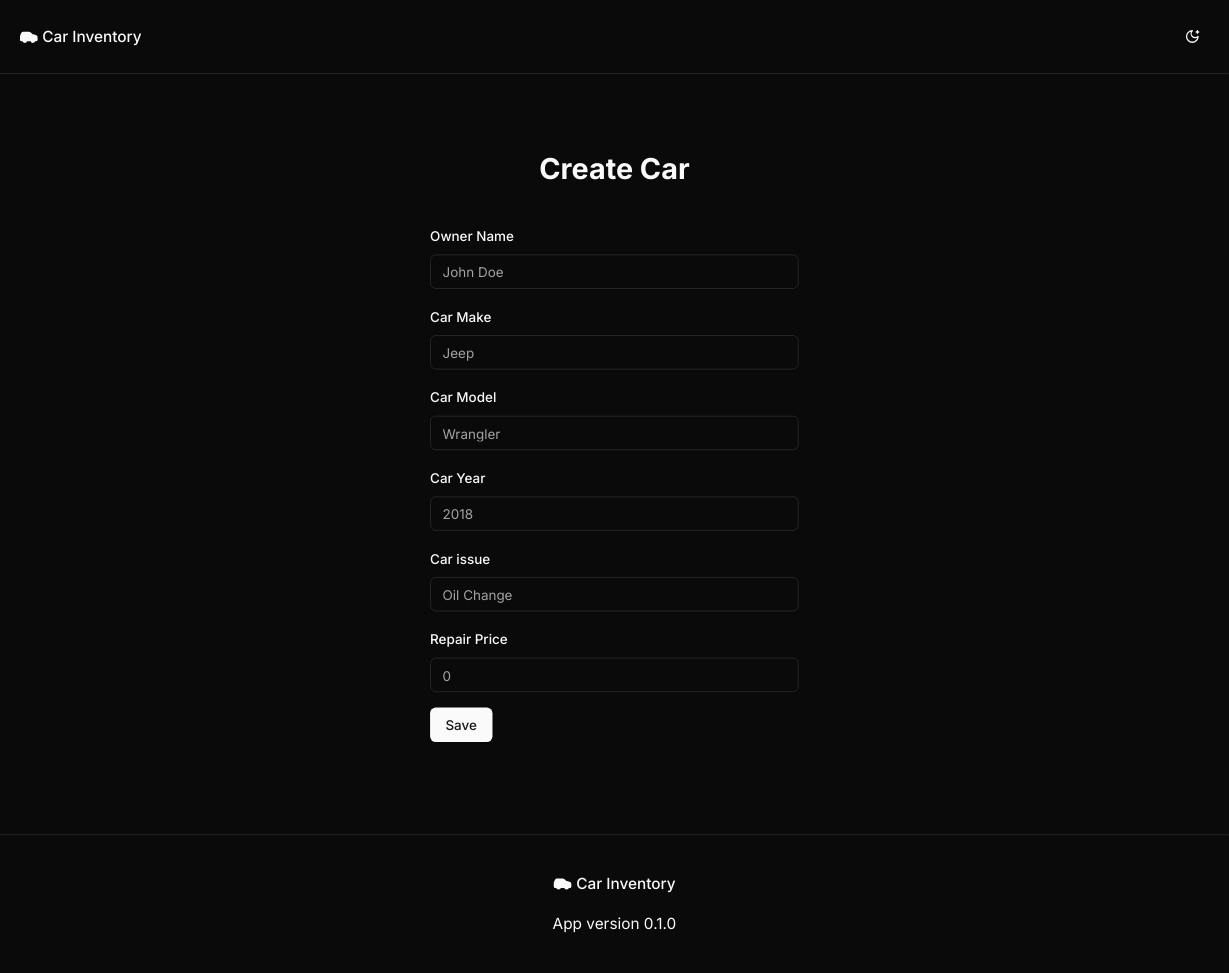
Repository: tushcmd/car-inventory
Page: /create (app in frontend/)
The author's editor kept a copy of each file at every save. The page is drawn from the files as they stood at one save, then again after the next save.
The browser window is 1280 px wide. The pictures show the whole page, at 96% of full size.
The project was rebuilt for these pictures with package versions that can differ from the ones it lists, and the page was loaded fresh each time. The framework's server and built-in components were replaced by stand-ins that run in the browser. Also part of the build but not shown: frontend/next.config.mjs.

Above is the page before, as saved 2024-05-15 03:55:37.

### frontend/app/layout.tsx
import type { Metadata } from "next";
import { Inter } from "next/font/google";
import "./globals.css";
import AppProviders from "@/components/providers/AppProviders";
import Navbar from '@/components/shared/Navbar';
import Footer from "@/components/shared/Footer";
import { Toaster } from "@/components/ui/toaster";

const inter = Inter({ subsets: ["latin"] });

export const metadata: Metadata = {
  title: "Car Garage Inventory",
  description: "Nextjs Shadcnui Nodejs Express and MongoDB CRUD",
};

export default function RootLayout({
  children,
}: Readonly<{
  children: React.ReactNode;
}>) {
  return (
    <html lang="en" suppressHydrationWarning>
      <body className={inter.className}>
        <AppProviders>
          <Navbar />
          {children}
          <Footer />
          <Toaster />
        </AppProviders>
      </body>
    </html>
  );
}

### frontend/app/create/page.tsx
import CreateCar from "@/components/create-car";


export default function Create() {
    return (
        <div className="page-container min-h-screen">
            {/*<h2 className="pb-4">Create</h2>*/}
            <CreateCar />
        </div>
    )
}

### frontend/app/globals.css
@tailwind base;
@tailwind components;
@tailwind utilities;

@layer base {
  :root {
    --background: 0 0% 100%;
    --foreground: 0 0% 3.9%;

    --card: 0 0% 100%;
    --card-foreground: 0 0% 3.9%;

    --popover: 0 0% 100%;
    --popover-foreground: 0 0% 3.9%;

    --primary: 0 0% 9%;
    --primary-foreground: 0 0% 98%;

    --secondary: 0 0% 96.1%;
    --secondary-foreground: 0 0% 9%;

    --muted: 0 0% 96.1%;
    --muted-foreground: 0 0% 45.1%;

    --accent: 0 0% 96.1%;
    --accent-foreground: 0 0% 9%;

    --destructive: 0 84.2% 60.2%;
    --destructive-foreground: 0 0% 98%;

    --border: 0 0% 89.8%;
    --input: 0 0% 89.8%;
    --ring: 0 0% 3.9%;

    --radius: 0.5rem;
  }

  .dark {
    --background: 0 0% 3.9%;
    --foreground: 0 0% 98%;

    --card: 0 0% 3.9%;
    --card-foreground: 0 0% 98%;

    --popover: 0 0% 3.9%;
    --popover-foreground: 0 0% 98%;

    --primary: 0 0% 98%;
    --primary-foreground: 0 0% 9%;

    --secondary: 0 0% 14.9%;
    --secondary-foreground: 0 0% 98%;

    --muted: 0 0% 14.9%;
    --muted-foreground: 0 0% 63.9%;

    --accent: 0 0% 14.9%;
    --accent-foreground: 0 0% 98%;

    --destructive: 0 62.8% 30.6%;
    --destructive-foreground: 0 0% 98%;

    --border: 0 0% 14.9%;
    --input: 0 0% 14.9%;
    --ring: 0 0% 83.1%;
  }
}

@layer base {
  * {
    @apply border-border;
  }
  body {
    @apply bg-background text-foreground;
  }
}


@layer components {

  /* FONT SIZES */
  .h1 {
		@apply text-5xl lg:text-6xl font-bold;
	}
	.h2 {
		@apply sm:text-3xl text-4xl font-bold;
	}
	.h3 {
		@apply text-2xl font-medium;
	}
	.h4 {
		@apply text-xl sm:text-lg font-normal;
	}

  /* LAYOUTS  */
	.layout-container {
		@apply container mx-auto px-5;
	}

	.page-container {
		@apply container py-20 flex flex-col gap-16 max-w-7xl;
	}
  .create-edit-page-container {
		@apply container py-10 flex flex-col gap-16 max-w-7xl;
	}

}

### frontend/components/providers/AppProviders.tsx
'use client';

import { ThemeProvider } from 'next-themes';
import { FC, ReactNode } from 'react';

interface AppProvidersProps {
  children: ReactNode;
}


const AppProviders: FC<AppProvidersProps> = ({ children }) => {
  return (
    <>
      <ThemeProvider attribute="class" disableTransitionOnChange defaultTheme="dark" enableSystem>
        {children}

      </ThemeProvider>
    </>
  );
};

export default AppProviders;

### frontend/components/shared/Navbar.tsx
import React, { FC } from 'react';
import ThemeSwitcherButton from '../ui/ThemeSwitcher';
import Logo from './Logo';

const Navbar: FC = () => {
  return (
    <nav className="border-b py-5">
      <div className="layout-container flex justify-between items-center max-w-7xl">
        <Logo />
        <ThemeSwitcherButton />
      </div>
    </nav>
  );
};

export default Navbar;

### frontend/components/shared/Footer.tsx
import React, { FC } from 'react'
import Logo from './Logo'

const Footer: FC = () => {
  return (
    <footer className='border-t'>
        <div className='layout-container flex flex-col gap-5 items-center  justify-center py-10'>
            <Logo />
            <p>App version 0.1.0</p>
        </div>

    </footer>
  )
}

export default Footer

### frontend/components/ui/toaster.tsx
"use client"

import {
  Toast,
  ToastClose,
  ToastDescription,
  ToastProvider,
  ToastTitle,
  ToastViewport,
} from "@/components/ui/toast"
import { useToast } from "@/components/ui/use-toast"

export function Toaster() {
  const { toasts } = useToast()

  return (
    <ToastProvider>
      {toasts.map(function ({ id, title, description, action, ...props }) {
        return (
          <Toast key={id} {...props}>
            <div className="grid gap-1">
              {title && <ToastTitle>{title}</ToastTitle>}
              {description && (
                <ToastDescription>{description}</ToastDescription>
              )}
            </div>
            {action}
            <ToastClose />
          </Toast>
        )
      })}
      <ToastViewport />
    </ToastProvider>
  )
}

### frontend/components/ui/ThemeSwitcher.tsx
"use client";

import { useTheme } from "next-themes";
import React, { FC, useEffect, useState } from "react";
import { SunIcon,  Laptop, MoonStarIcon } from "lucide-react";
import {
	DropdownMenu,
	DropdownMenuContent,
	DropdownMenuItem,
	DropdownMenuTrigger,
} from "./dropdown-menu";
import { Button } from "./button";

const themes = [
	{
		value: "light",
		label: "Light",
		icon: SunIcon,
	},
	{
		value: "dark",
		label: "Dark",
		icon: MoonStarIcon,
	},
	{
		value: "system",
		label: "System",
		icon: Laptop,
	},
];

const ThemeSwitcher: FC = () => {
  const [mounted, setMounted] = useState(false)
	const { theme, setTheme } = useTheme();
	const currentTheme = themes.find((t) => t.value === theme);
	const ThemeIcon = currentTheme?.icon

  useEffect(() => {
    setMounted(true)
  }, [])

	return mounted && (
		<div className="flex">
			<DropdownMenu  >
				<DropdownMenuTrigger asChild>
					<Button variant="ghost" size={"icon"}>{!!ThemeIcon && <ThemeIcon className="w-4 h-4"/>}</Button>
				</DropdownMenuTrigger>
				<DropdownMenuContent>
					{themes.map(({value, label}) => <DropdownMenuItem role="button" onClick={() => setTheme(value)} key={value}>{label}</DropdownMenuItem>)}
				</DropdownMenuContent>
			</DropdownMenu>
		</div>
	);
};

export default ThemeSwitcher;

### frontend/components/shared/Logo.tsx

import { Car } from "lucide-react";
import Link from "next/link";
import React, { FC } from "react";

const Logo: FC = () => {
	return (
		<Link href='/' className="flex items-center gap-1 component-focus rounded-md">
			<Car   className="w-5 h-5 fill-current" />
			<h1 className="inline-flex flex-col gap-0 leading-none font-medium">
				<p>Car Inventory</p>
			</h1>
		</Link>
	);
};

export default Logo;

### frontend/components/ui/toast.tsx
"use client"

import * as React from "react"
import { Cross2Icon } from "@radix-ui/react-icons"
import * as ToastPrimitives from "@radix-ui/react-toast"
import { cva, type VariantProps } from "class-variance-authority"

import { cn } from "@/lib/utils"

const ToastProvider = ToastPrimitives.Provider

const ToastViewport = React.forwardRef<
  React.ElementRef<typeof ToastPrimitives.Viewport>,
  React.ComponentPropsWithoutRef<typeof ToastPrimitives.Viewport>
>(({ className, ...props }, ref) => (
  <ToastPrimitives.Viewport
    ref={ref}
    className={cn(
      "fixed top-0 z-[100] flex max-h-screen w-full flex-col-reverse p-4 sm:bottom-0 sm:right-0 sm:top-auto sm:flex-col md:max-w-[420px]",
      className
    )}
    {...props}
  />
))
ToastViewport.displayName = ToastPrimitives.Viewport.displayName

const toastVariants = cva(
  "group pointer-events-auto relative flex w-full items-center justify-between space-x-2 overflow-hidden rounded-md border p-4 pr-6 shadow-lg transition-all data-[swipe=cancel]:translate-x-0 data-[swipe=end]:translate-x-[var(--radix-toast-swipe-end-x)] data-[swipe=move]:translate-x-[var(--radix-toast-swipe-move-x)] data-[swipe=move]:transition-none data-[state=open]:animate-in data-[state=closed]:animate-out data-[swipe=end]:animate-out data-[state=closed]:fade-out-80 data-[state=closed]:slide-out-to-right-full data-[state=open]:slide-in-from-top-full data-[state=open]:sm:slide-in-from-bottom-full",
  {
    variants: {
      variant: {
        default: "border bg-background text-foreground",
        destructive:
          "destructive group border-destructive bg-destructive text-destructive-foreground",
      },
    },
    defaultVariants: {
      variant: "default",
    },
  }
)

const Toast = React.forwardRef<
  React.ElementRef<typeof ToastPrimitives.Root>,
  React.ComponentPropsWithoutRef<typeof ToastPrimitives.Root> &
    VariantProps<typeof toastVariants>
>(({ className, variant, ...props }, ref) => {
  return (
    <ToastPrimitives.Root
      ref={ref}
      className={cn(toastVariants({ variant }), className)}
      {...props}
    />
  )
})
Toast.displayName = ToastPrimitives.Root.displayName

const ToastAction = React.forwardRef<
  React.ElementRef<typeof ToastPrimitives.Action>,
  React.ComponentPropsWithoutRef<typeof ToastPrimitives.Action>
>(({ className, ...props }, ref) => (
  <ToastPrimitives.Action
    ref={ref}
    className={cn(
      "inline-flex h-8 shrink-0 items-center justify-center rounded-md border bg-transparent px-3 text-sm font-medium transition-colors hover:bg-secondary focus:outline-none focus:ring-1 focus:ring-ring disabled:pointer-events-none disabled:opacity-50 group-[.destructive]:border-muted/40 group-[.destructive]:hover:border-destructive/30 group-[.destructive]:hover:bg-destructive group-[.destructive]:hover:text-destructive-foreground group-[.destructive]:focus:ring-destructive",
      className
    )}
    {...props}
  />
))
ToastAction.displayName = ToastPrimitives.Action.displayName

const ToastClose = React.forwardRef<
  React.ElementRef<typeof ToastPrimitives.Close>,
  React.ComponentPropsWithoutRef<typeof ToastPrimitives.Close>
>(({ className, ...props }, ref) => (
  <ToastPrimitives.Close
    ref={ref}
    className={cn(
      "absolute right-1 top-1 rounded-md p-1 text-foreground/50 opacity-0 transition-opacity hover:text-foreground focus:opacity-100 focus:outline-none focus:ring-1 group-hover:opacity-100 group-[.destructive]:text-red-300 group-[.destructive]:hover:text-red-50 group-[.destructive]:focus:ring-red-400 group-[.destructive]:focus:ring-offset-red-600",
      className
    )}
    toast-close=""
    {...props}
  >
    <Cross2Icon className="h-4 w-4" />
  </ToastPrimitives.Close>
))
ToastClose.displayName = ToastPrimitives.Close.displayName

const ToastTitle = React.forwardRef<
  React.ElementRef<typeof ToastPrimitives.Title>,
  React.ComponentPropsWithoutRef<typeof ToastPrimitives.Title>
>(({ className, ...props }, ref) => (
  <ToastPrimitives.Title
    ref={ref}
    className={cn("text-sm font-semibold [&+div]:text-xs", className)}
    {...props}
  />
))
ToastTitle.displayName = ToastPrimitives.Title.displayName

const ToastDescription = React.forwardRef<
  React.ElementRef<typeof ToastPrimitives.Description>,
  React.ComponentPropsWithoutRef<typeof ToastPrimitives.Description>
>(({ className, ...props }, ref) => (
  <ToastPrimitives.Description
    ref={ref}
    className={cn("text-sm opacity-90", className)}
    {...props}
  />
))
ToastDescription.displayName = ToastPrimitives.Description.displayName

type ToastProps = React.ComponentPropsWithoutRef<typeof Toast>

type ToastActionElement = React.ReactElement<typeof ToastAction>

export {
  type ToastProps,
  type ToastActionElement,
  ToastProvider,
  ToastViewport,
  Toast,
  ToastTitle,
  ToastDescription,
  ToastClose,
  ToastAction,
}

### frontend/components/ui/button.tsx
import * as React from "react"
import { Slot } from "@radix-ui/react-slot"
import { cva, type VariantProps } from "class-variance-authority"

import { cn } from "@/lib/utils"

const buttonVariants = cva(
  "inline-flex items-center justify-center whitespace-nowrap rounded-md text-sm font-medium transition-colors focus-visible:outline-none focus-visible:ring-1 focus-visible:ring-ring disabled:pointer-events-none disabled:opacity-50",
  {
    variants: {
      variant: {
        default:
          "bg-primary text-primary-foreground shadow hover:bg-primary/90",
        destructive:
          "bg-destructive text-destructive-foreground shadow-sm hover:bg-destructive/90",
        outline:
          "border border-input bg-background shadow-sm hover:bg-accent hover:text-accent-foreground",
        secondary:
          "bg-secondary text-secondary-foreground shadow-sm hover:bg-secondary/80",
        ghost: "hover:bg-accent hover:text-accent-foreground",
        link: "text-primary underline-offset-4 hover:underline",
      },
      size: {
        default: "h-9 px-4 py-2",
        sm: "h-8 rounded-md px-3 text-xs",
        lg: "h-10 rounded-md px-8",
        icon: "h-9 w-9",
      },
    },
    defaultVariants: {
      variant: "default",
      size: "default",
    },
  }
)

export interface ButtonProps
  extends React.ButtonHTMLAttributes<HTMLButtonElement>,
    VariantProps<typeof buttonVariants> {
  asChild?: boolean
}

const Button = React.forwardRef<HTMLButtonElement, ButtonProps>(
  ({ className, variant, size, asChild = false, ...props }, ref) => {
    const Comp = asChild ? Slot : "button"
    return (
      <Comp
        className={cn(buttonVariants({ variant, size, className }))}
        ref={ref}
        {...props}
      />
    )
  }
)
Button.displayName = "Button"

export { Button, buttonVariants }

### frontend/components/ui/form.tsx
import * as React from "react"
import * as LabelPrimitive from "@radix-ui/react-label"
import { Slot } from "@radix-ui/react-slot"
import {
  Controller,
  ControllerProps,
  FieldPath,
  FieldValues,
  FormProvider,
  useFormContext,
} from "react-hook-form"

import { cn } from "@/lib/utils"
import { Label } from "@/components/ui/label"

const Form = FormProvider

type FormFieldContextValue<
  TFieldValues extends FieldValues = FieldValues,
  TName extends FieldPath<TFieldValues> = FieldPath<TFieldValues>
> = {
  name: TName
}

const FormFieldContext = React.createContext<FormFieldContextValue>(
  {} as FormFieldContextValue
)

const FormField = <
  TFieldValues extends FieldValues = FieldValues,
  TName extends FieldPath<TFieldValues> = FieldPath<TFieldValues>
>({
  ...props
}: ControllerProps<TFieldValues, TName>) => {
  return (
    <FormFieldContext.Provider value={{ name: props.name }}>
      <Controller {...props} />
    </FormFieldContext.Provider>
  )
}

const useFormField = () => {
  const fieldContext = React.useContext(FormFieldContext)
  const itemContext = React.useContext(FormItemContext)
  const { getFieldState, formState } = useFormContext()

  const fieldState = getFieldState(fieldContext.name, formState)

  if (!fieldContext) {
    throw new Error("useFormField should be used within <FormField>")
  }

  const { id } = itemContext

  return {
    id,
    name: fieldContext.name,
    formItemId: `${id}-form-item`,
    formDescriptionId: `${id}-form-item-description`,
    formMessageId: `${id}-form-item-message`,
    ...fieldState,
  }
}

type FormItemContextValue = {
  id: string
}

const FormItemContext = React.createContext<FormItemContextValue>(
  {} as FormItemContextValue
)

const FormItem = React.forwardRef<
  HTMLDivElement,
  React.HTMLAttributes<HTMLDivElement>
>(({ className, ...props }, ref) => {
  const id = React.useId()

  return (
    <FormItemContext.Provider value={{ id }}>
      <div ref={ref} className={cn("space-y-2", className)} {...props} />
    </FormItemContext.Provider>
  )
})
FormItem.displayName = "FormItem"

const FormLabel = React.forwardRef<
  React.ElementRef<typeof LabelPrimitive.Root>,
  React.ComponentPropsWithoutRef<typeof LabelPrimitive.Root>
>(({ className, ...props }, ref) => {
  const { error, formItemId } = useFormField()

  return (
    <Label
      ref={ref}
      className={cn(error && "text-destructive", className)}
      htmlFor={formItemId}
      {...props}
    />
  )
})
FormLabel.displayName = "FormLabel"

const FormControl = React.forwardRef<
  React.ElementRef<typeof Slot>,
  React.ComponentPropsWithoutRef<typeof Slot>
>(({ ...props }, ref) => {
  const { error, formItemId, formDescriptionId, formMessageId } = useFormField()

  return (
    <Slot
      ref={ref}
      id={formItemId}
      aria-describedby={
        !error
          ? `${formDescriptionId}`
          : `${formDescriptionId} ${formMessageId}`
      }
      aria-invalid={!!error}
      {...props}
    />
  )
})
FormControl.displayName = "FormControl"

const FormDescription = React.forwardRef<
  HTMLParagraphElement,
  React.HTMLAttributes<HTMLParagraphElement>
>(({ className, ...props }, ref) => {
  const { formDescriptionId } = useFormField()

  return (
    <p
      ref={ref}
      id={formDescriptionId}
      className={cn("text-[0.8rem] text-muted-foreground", className)}
      {...props}
    />
  )
})
FormDescription.displayName = "FormDescription"

const FormMessage = React.forwardRef<
  HTMLParagraphElement,
  React.HTMLAttributes<HTMLParagraphElement>
>(({ className, children, ...props }, ref) => {
  const { error, formMessageId } = useFormField()
  const body = error ? String(error?.message) : children

  if (!body) {
    return null
  }

  return (
    <p
      ref={ref}
      id={formMessageId}
      className={cn("text-[0.8rem] font-medium text-destructive", className)}
      {...props}
    >
      {body}
    </p>
  )
})
FormMessage.displayName = "FormMessage"

export {
  useFormField,
  Form,
  FormItem,
  FormLabel,
  FormControl,
  FormDescription,
  FormMessage,
  FormField,
}

### frontend/components/ui/input.tsx
import * as React from "react"

import { cn } from "@/lib/utils"

export interface InputProps
  extends React.InputHTMLAttributes<HTMLInputElement> {}

const Input = React.forwardRef<HTMLInputElement, InputProps>(
  ({ className, type, ...props }, ref) => {
    return (
      <input
        type={type}
        className={cn(
          "flex h-9 w-full rounded-md border border-input bg-transparent px-3 py-1 text-sm shadow-sm transition-colors file:border-0 file:bg-transparent file:text-sm file:font-medium placeholder:text-muted-foreground focus-visible:outline-none focus-visible:ring-1 focus-visible:ring-ring disabled:cursor-not-allowed disabled:opacity-50",
          className
        )}
        ref={ref}
        {...props}
      />
    )
  }
)
Input.displayName = "Input"

export { Input }

### frontend/components/ui/label.tsx
"use client"

import * as React from "react"
import * as LabelPrimitive from "@radix-ui/react-label"
import { cva, type VariantProps } from "class-variance-authority"

import { cn } from "@/lib/utils"

const labelVariants = cva(
  "text-sm font-medium leading-none peer-disabled:cursor-not-allowed peer-disabled:opacity-70"
)

const Label = React.forwardRef<
  React.ElementRef<typeof LabelPrimitive.Root>,
  React.ComponentPropsWithoutRef<typeof LabelPrimitive.Root> &
    VariantProps<typeof labelVariants>
>(({ className, ...props }, ref) => (
  <LabelPrimitive.Root
    ref={ref}
    className={cn(labelVariants(), className)}
    {...props}
  />
))
Label.displayName = LabelPrimitive.Root.displayName

export { Label }

Loaded but not shown: frontend/components/ui/use-toast.ts (common file); frontend/lib/utils.ts (common file); frontend/tailwind.config.ts (common file); frontend/components/create-car.tsx (597 lines, source omitted); frontend/components/ui/dropdown-menu.tsx (205 lines, source omitted)

After the next save:
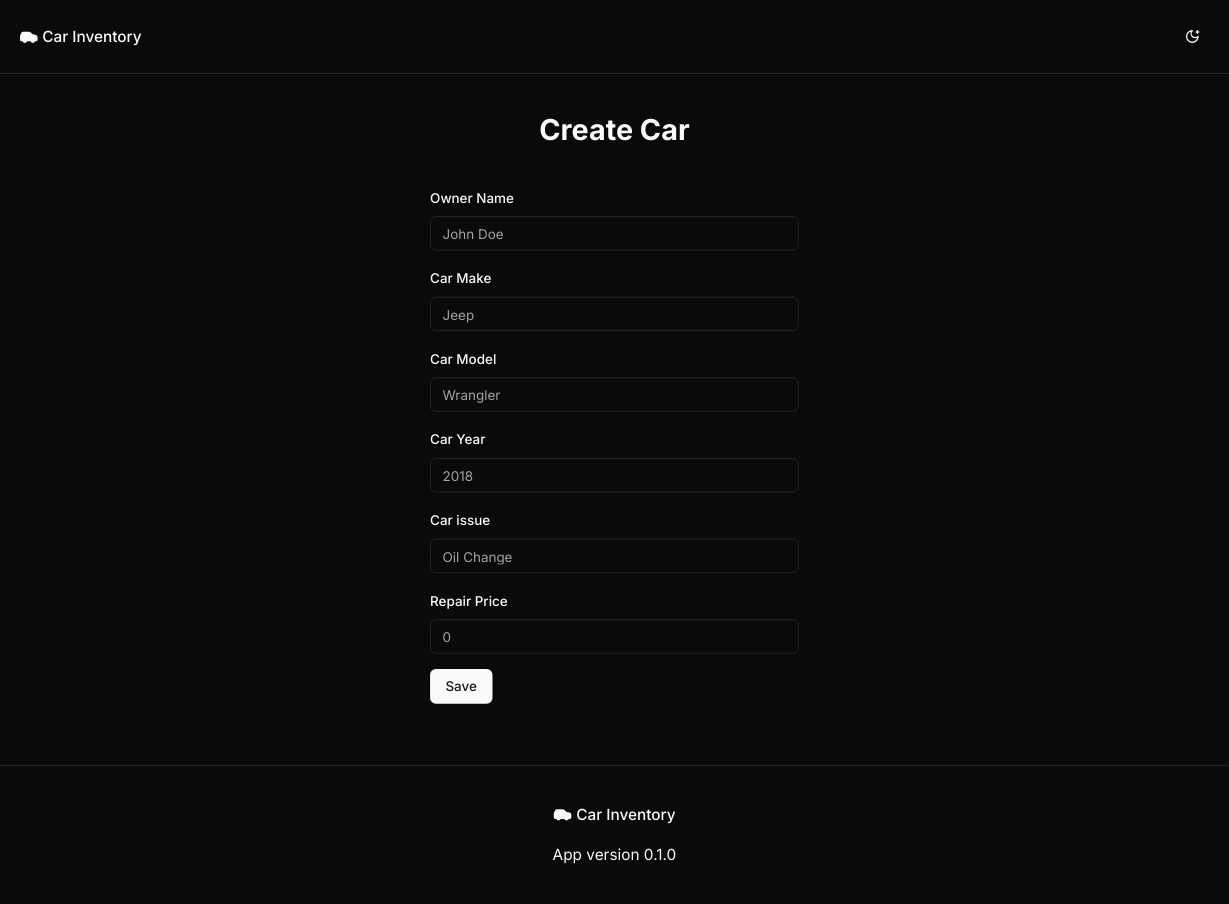
Saved 19 s later.
--- a/frontend/app/create/page.tsx
+++ b/frontend/app/create/page.tsx
@@ -3,7 +3,7 @@ import CreateCar from "@/components/create-car";
 
 export default function Create() {
     return (
-        <div className="page-container min-h-screen">
+        <div className="create-edit-page-container min-h-screen">
             {/*<h2 className="pb-4">Create</h2>*/}
             <CreateCar />
         </div>
